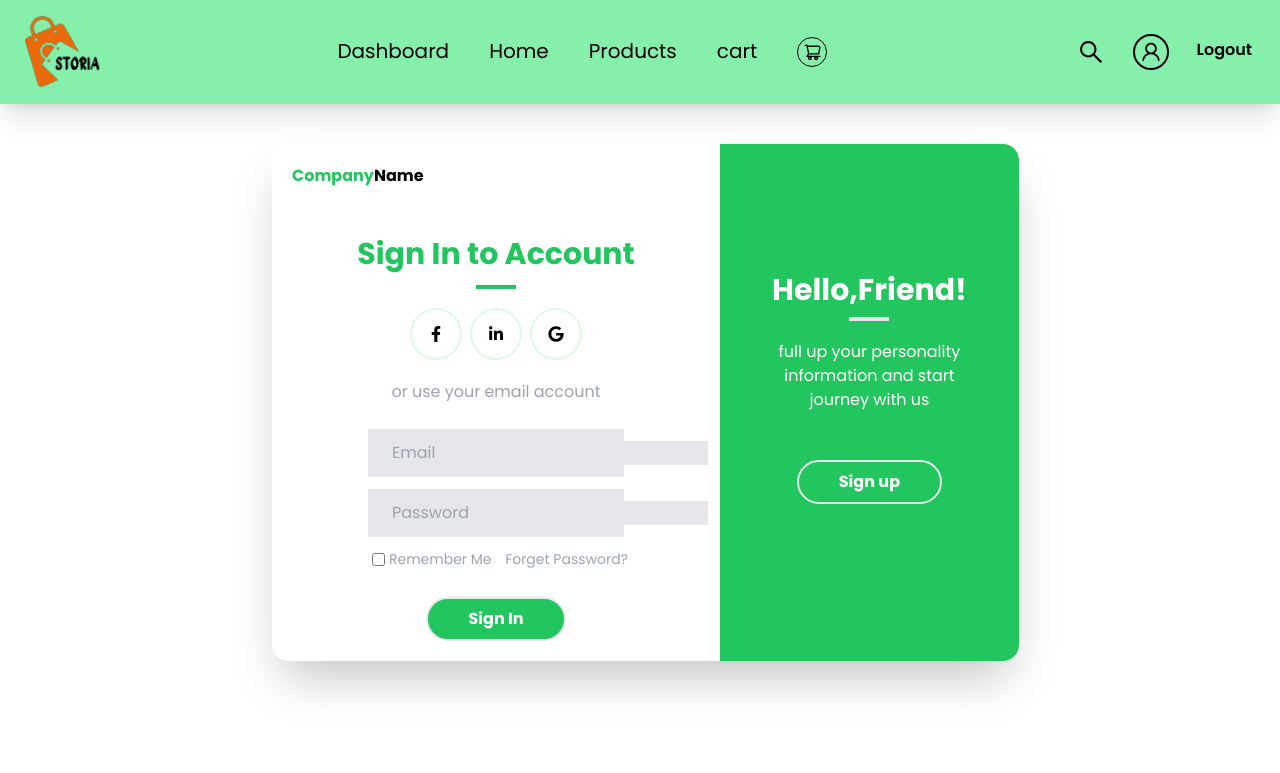
Repository: Wafaabahgat/Mtjar
Page: /signup
The author's editor kept a copy of each file at every save. The page is drawn from the files as they stood at one save, then again after the next save.
The browser window is 1280 px wide. The pictures show the whole page.
The project was rebuilt for these pictures with package versions that can differ from the ones it lists, and the page was loaded fresh each time. Also part of the build but not shown: vite.config.js, src/models/form-model-login.jsx, src/components/Auth/Login.jsx, src/pages/Home.jsx.

Above is the page before, as saved 2023-10-04 01:10:04.

After the next save:
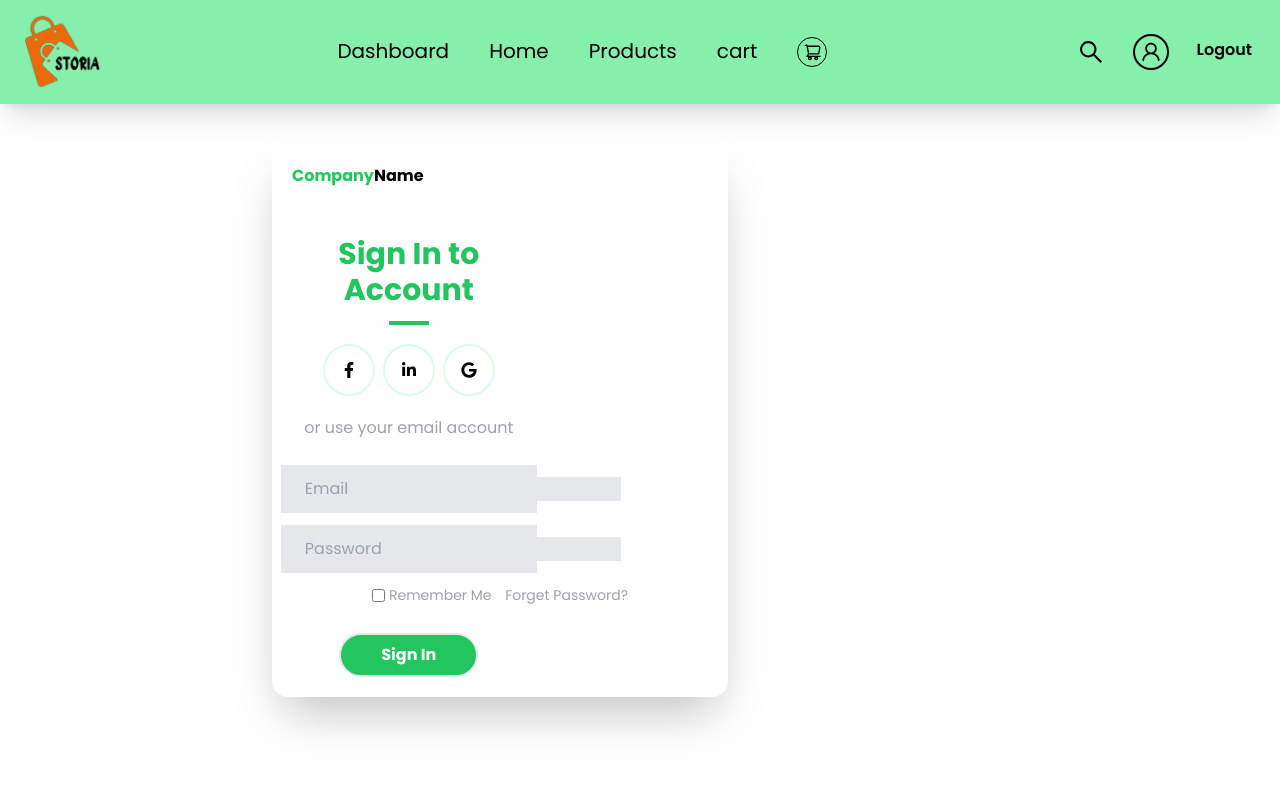
Saved 20 s later.
--- a/src/models/form-model-signUp.jsx
+++ b/src/models/form-model-signUp.jsx
@@ -32,16 +32,7 @@ const FormModelSignup = () => {
         />
       </div>
 
-      {/* signUp */}
-      <div className="w-2/5 lg:w-3/5 bg-green-500 rounded-tr-2xl rounded-br-2xl py-32 px-12">
-        <SignupLoginForm />
-        <Button
-          type="submit"
-          text="Sign up"
-          variant={"default"}
-          className="mt-[40px]"
-        />
-      </div>
+
     </>
   );
 };
